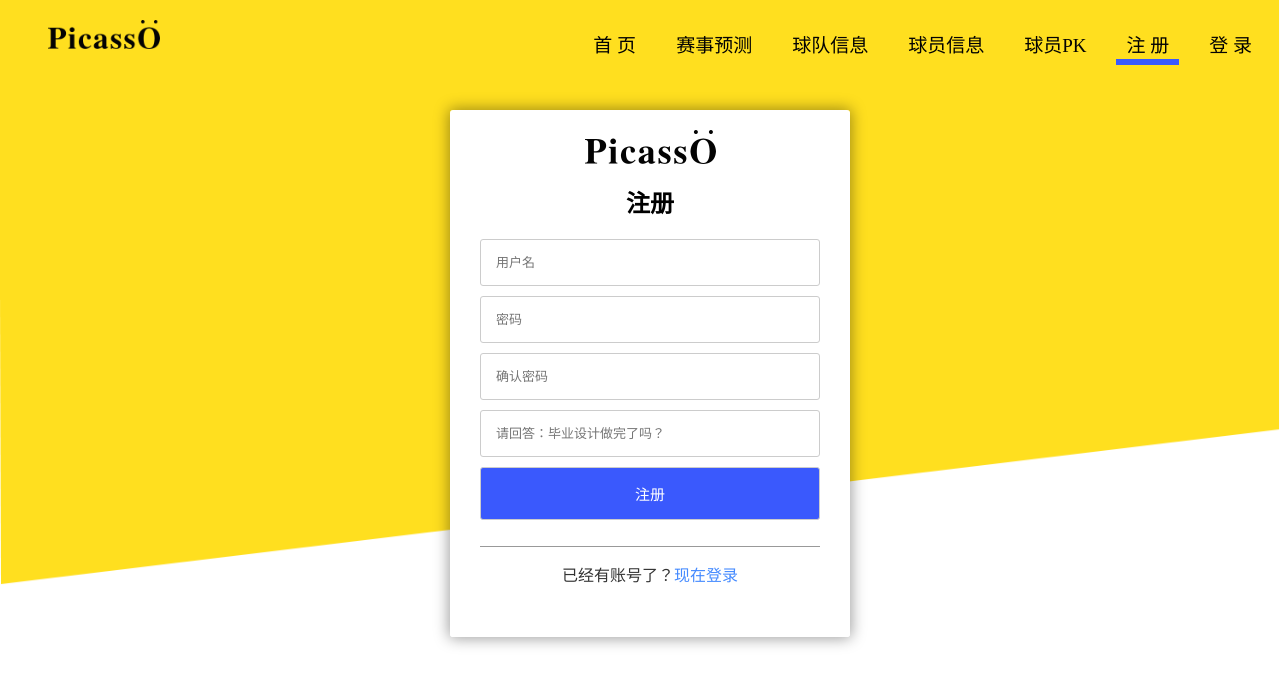
Repository: cciixx/nba-prediction-sys
Page: public/register.html
The author's editor kept a copy of each file at every save. The page is drawn from the files as they stood at one save, then again after the next save.
The browser window is 1280 px wide. The pictures show the whole page.

Above is the page before, as saved 2020-04-03 21:44:49.

### public/register.html
<html>
<head>
<meta charset="utf-8">
<title>NBA预测系统</title>
	<link  href="css/navl.css" rel="stylesheet" type="text/css">
	<link  href="css/user_form.css" rel="stylesheet" type="text/css">
	<style>
		body{
			background-image: url(/images/half_yellow.png);}
	body,td,th {
	font-family: "方正小标宋简体";}
	</style>
</head>

<body>
	<div>
	<ul class='navl'>
		<li><a href="login.html">登 录</a></li>
		<li style="border-bottom: 6px solid #3a59fd;"><a href="register.html">注 册</a></li>
		<li><a href="PK_index.html">球员PK</a></li>
		<li><a href="player.html">球员信息</a></li>
		<li><a href="team.html">球队信息</a></li>
		<li><a href="predict.html">赛事预测</a></li>
		<li><a href="first.html">首 页</a></li>
		<img src="images/logo.png">
		</ul></div>

<form  class="msform" name="form_reg" id="form_reg" method="post" action="back/reg_action.php">
<fieldset>
	<img src="images/logo.png">
	<h2>注册</h2>
	<input type="text" name="username" placeholder="用户名" />
	<input type="password" name="password1" placeholder="密码"/>
	<input type="password" name="password2" placeholder="确认密码"/>
	<input type="text" name="answer" placeholder="请回答：毕业设计做完了吗？"/>
	<input name="sumbit" type="submit" value="注册" style="background: #3a59fd;font-size:15px; font-family: '方正小标宋简体';color: white;">
	<p style="font-size: 16px;color:#333333;border-top: 1px solid #999999;padding: 15px;">已经有账号了？<a href="login.html" style="text-decoration: none;color: #448aff;">现在登录</a></p>
	</fieldset>
</form>

</body>
</html>

### public/css/navl.css
/* CSS Document */
body{
	background-repeat: no-repeat;
	background-position: top;
	background-size: 100%, 100%;
	background-attachment: fixed;
}
.header{
    overflow: hidden;
}
.btn{
	background: #3a59fd;
	font-family: '方正小标宋简体';
	color: white;
}
.navl ul{
	margin: 30px;
	width: 600px;
	height: 300px;
	color: #030303;
	position: absolute;
	top: 10px;
}
.navl li{
		height: 29px;
		width: fit-content;
		margin: 10px;
		list-style: none;
		float: right;
}
.navl img{
	float: left;
	height: 29px;
}
.navl a{
	margin: 0px 10px;
	color:#030303;
	text-align: left;
	text-decoration: none;
	font-size: 19px;
}
.wrapper{
    width: 100%;
}

### public/css/user_form.css
/* CSS Document */

.msform {
    width: 400px;
	height: 475px;
    margin: 20px auto;
    text-align: center;
    /* position: relative; */
}
.msform fieldset {
    width: 400px;
	height: fit-content;
    background: white;
    border: 0 none;
    border-radius: 3px;
    box-shadow: 0 0 15px 1px rgba(0, 0, 0, 0.4);
    padding: 20px 30px;
    box-sizing: border-box;
    position: absolute;
	top: 100px;
	margin: 10px;
}
.msform input, .msform textarea {
    padding: 15px;
    border: 1px solid #ccc;
    border-radius: 3px;
    margin-bottom: 10px;
    width: 100%;
    box-sizing: border-box;
    color: #2C3E50;
    font-size: 13px;
}

After the next save:
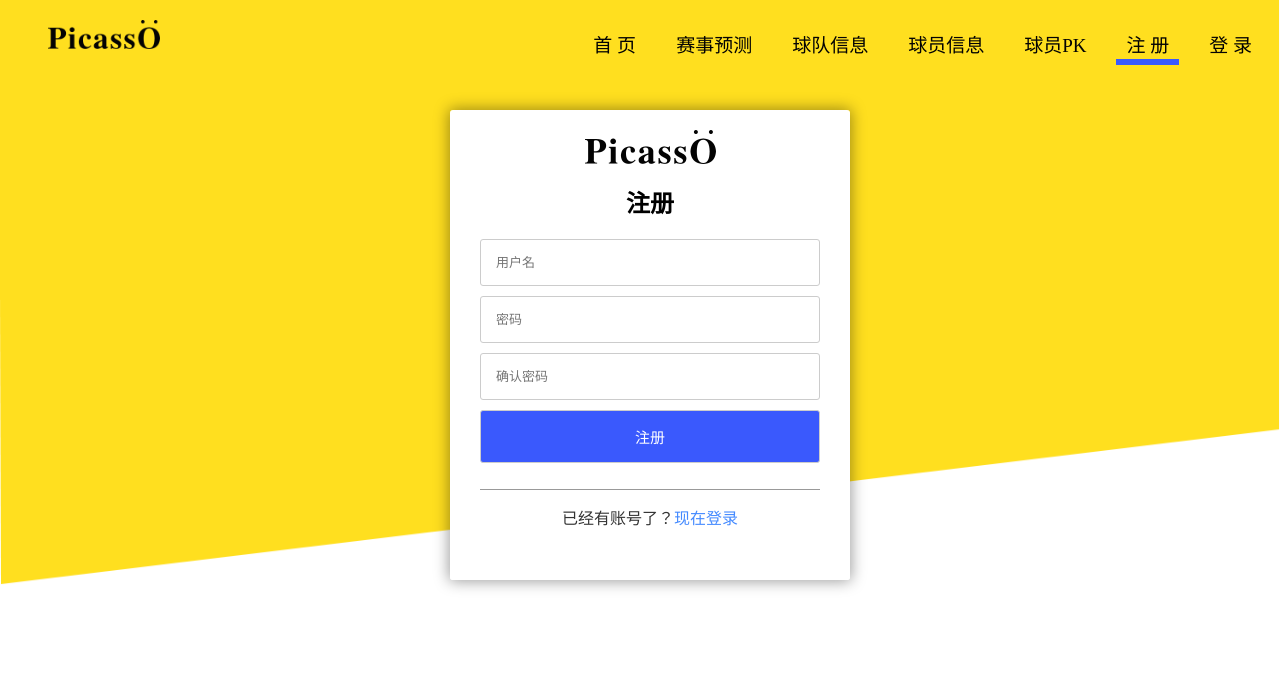
Saved 51 s later.
--- a/public/register.html
+++ b/public/register.html
@@ -32,7 +32,6 @@
 	<input type="text" name="username" placeholder="用户名" />
 	<input type="password" name="password1" placeholder="密码"/>
 	<input type="password" name="password2" placeholder="确认密码"/>
-	<input type="text" name="answer" placeholder="请回答：毕业设计做完了吗？"/>
 	<input name="sumbit" type="submit" value="注册" style="background: #3a59fd;font-size:15px; font-family: '方正小标宋简体';color: white;">
 	<p style="font-size: 16px;color:#333333;border-top: 1px solid #999999;padding: 15px;">已经有账号了？<a href="login.html" style="text-decoration: none;color: #448aff;">现在登录</a></p>
 	</fieldset>
